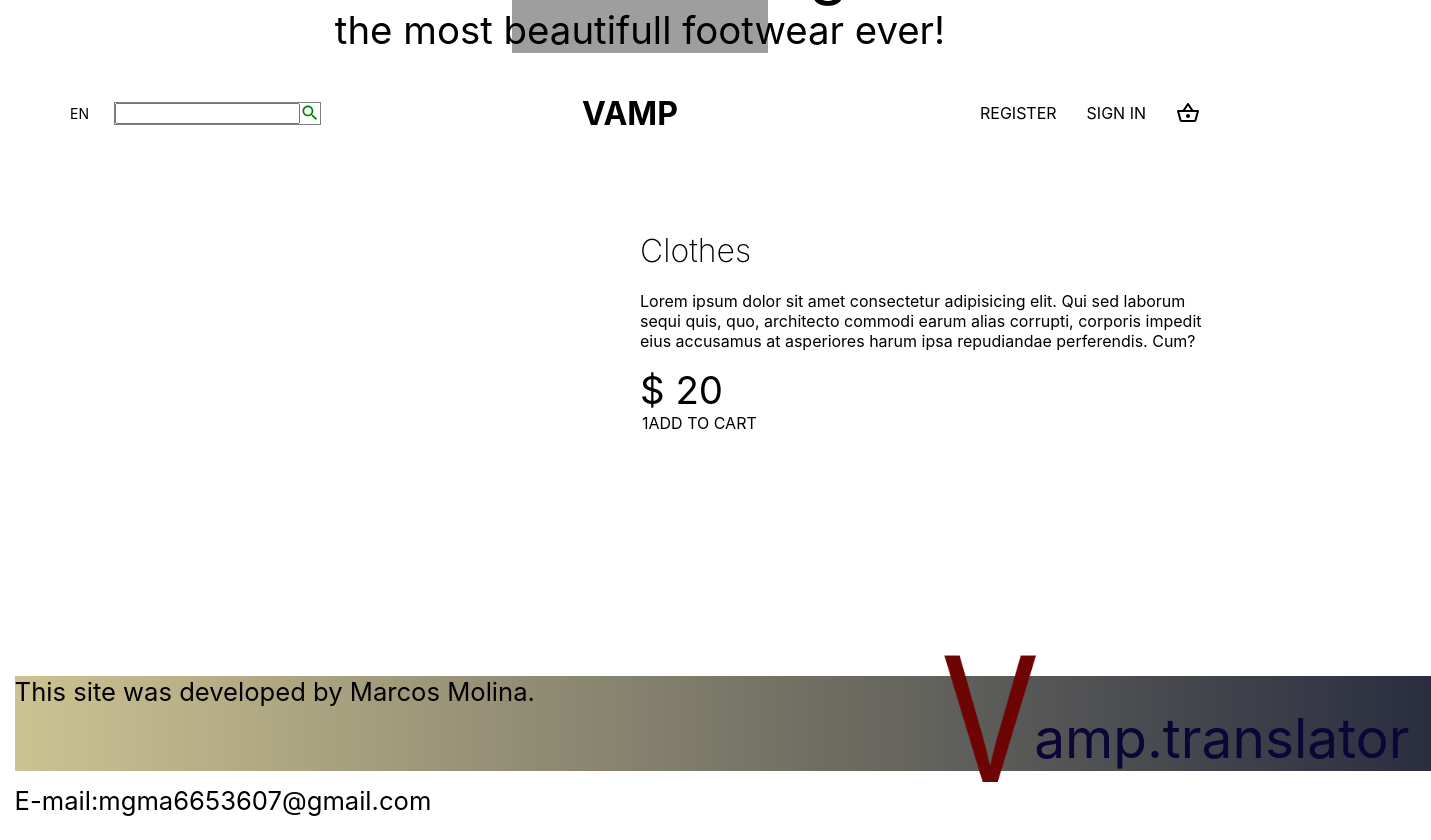
Repository: mgma2005/ecoeli
Page: /
These files come from the project's save history. The page is drawn as it stood at one moment and after the next save; the edit follows.
The browser window is 1280 px wide. The page is 1431 px wide, then 1425 px, so the pictures cover 1431 px, including what lies to the right of the window. The pictures show the part of the page from y = 120 to 960 px (the page is 960 px tall).
Pictures or frames that could not be fetched are drawn as grey boxes. The project was rebuilt for these pictures with package versions that can differ from the ones it lists, and the page was loaded fresh each time. Also part of the build but not shown: src/App.css.

Above is the page before, as saved 2022-05-14 17:42:42.

After the next save:
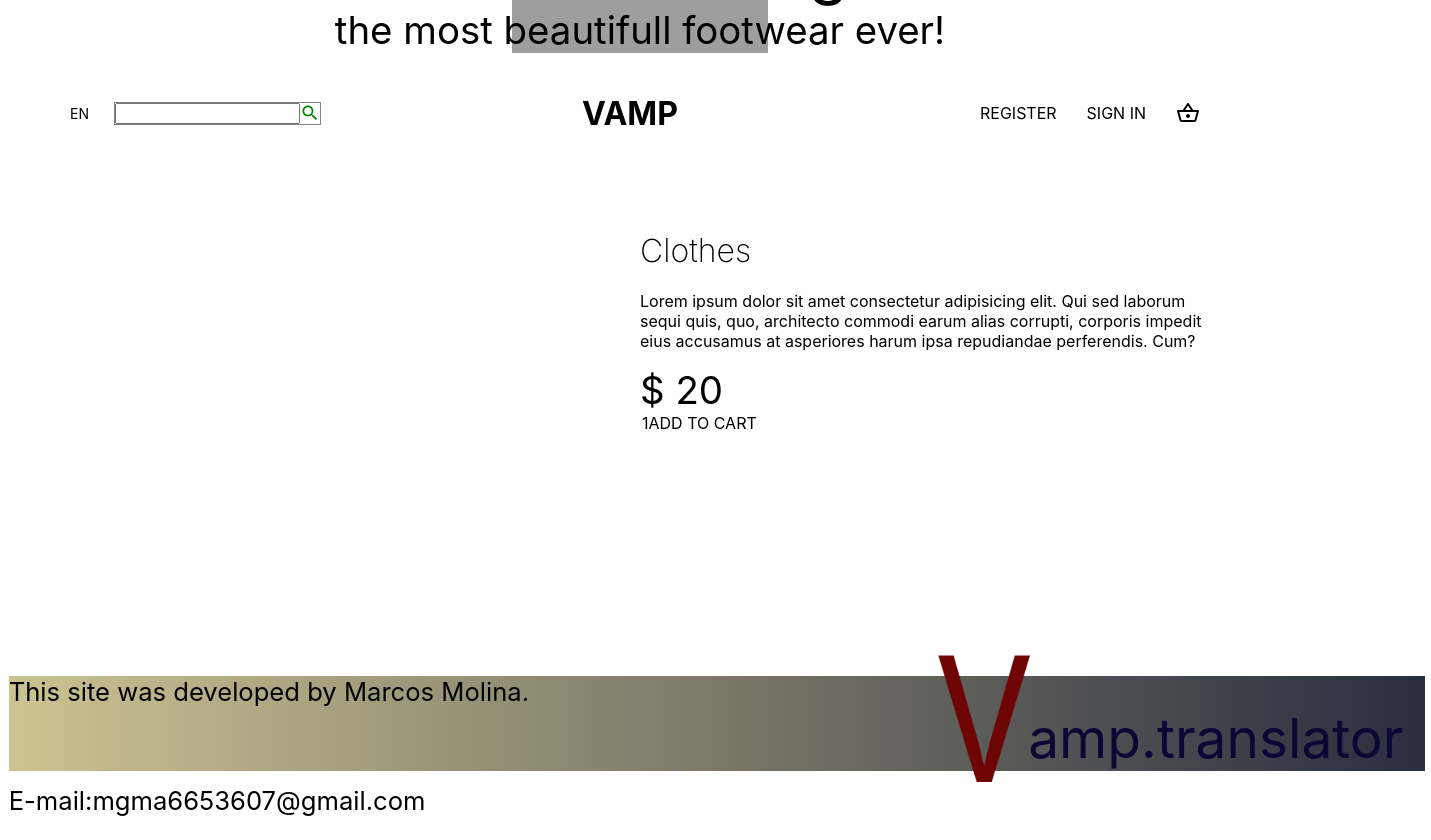
Saved 5 s later.
--- a/src/style.css
+++ b/src/style.css
@@ -1,5 +1,5 @@
 .cont2{
-    margin-left: -3%;
+    margin-left: -3.5%;
     width: 120%;
     height: auto;
     background: linear-gradient(to right, rgb(204, 195, 146),rgb(41, 45, 63));
